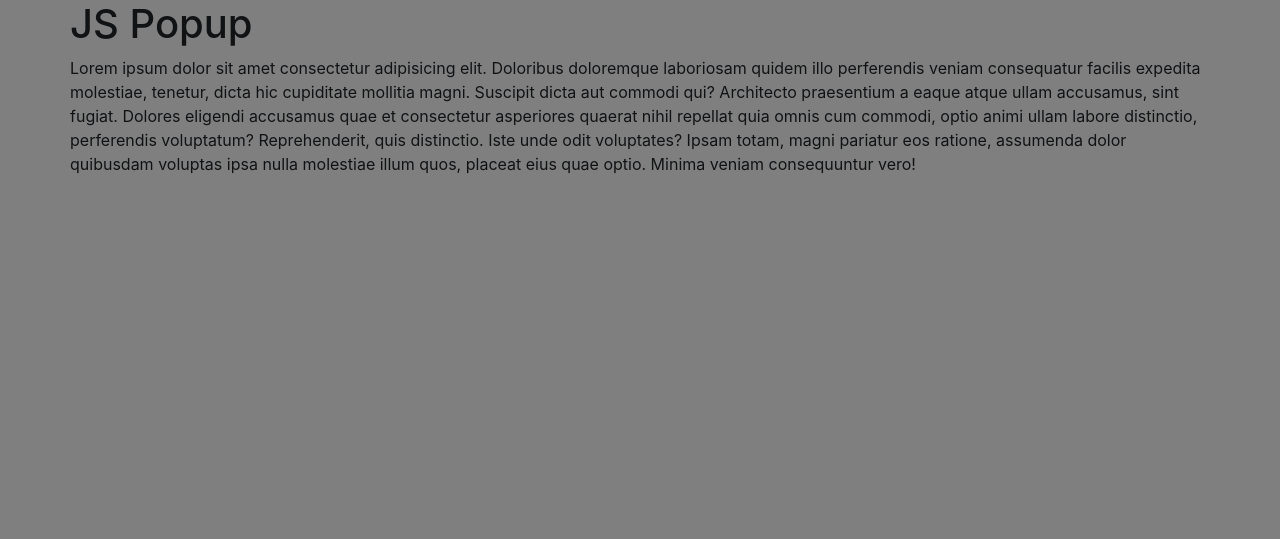
Repository: frostnn/popup-js
Page: index.html
These files come from the project's save history. The page is drawn as it stood at one moment and after the next save; the edit follows.
The browser window is 1280 px wide. The pictures show the whole page.

Above is the page before, as saved 2021-01-17 22:45:46.

After the next save:
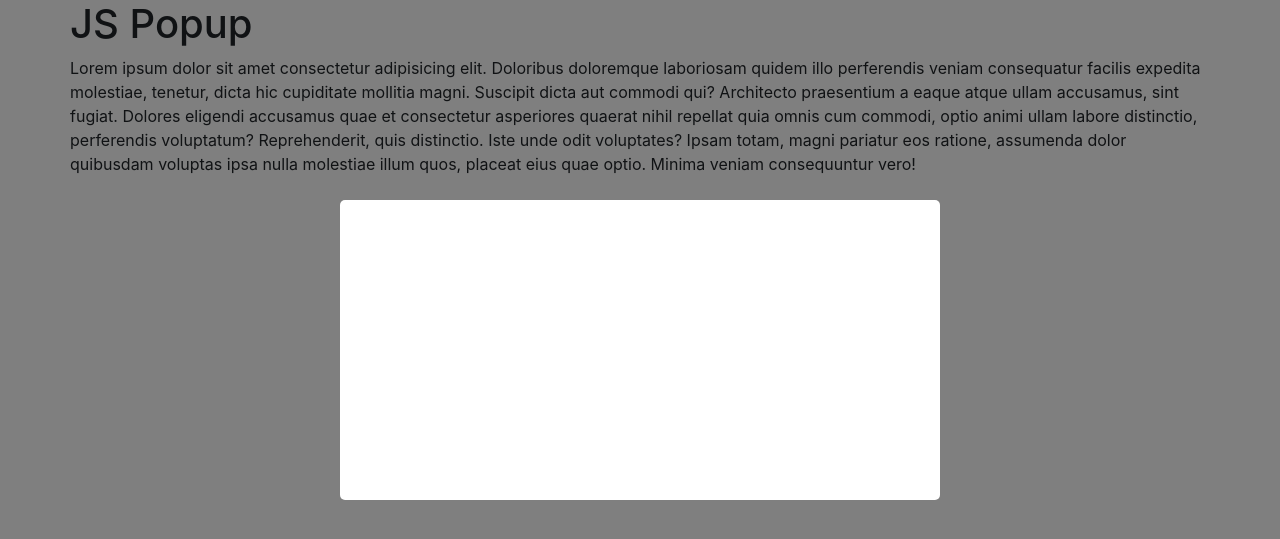
Saved 85 s later.
--- a/css/modal.css
+++ b/css/modal.css
@@ -6,3 +6,13 @@
   bottom: 0;
   background: rgb(0, 0, 0, 0.5);
 }
+
+.modal-window {
+  width: 600px;
+  height: 300px;
+  border-radius: 5px;
+  background: #fff;
+  margin: 200px auto;
+
+
+}

After the save that followed:
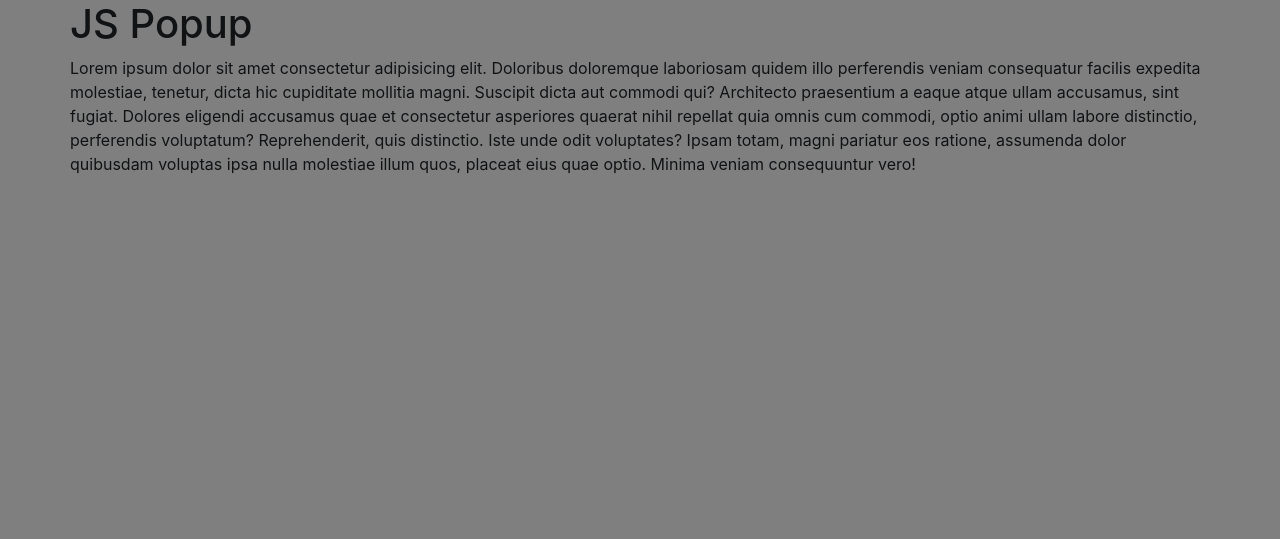
Saved 70 s later.
--- a/css/modal.css
+++ b/css/modal.css
@@ -7,7 +7,7 @@
   background: rgb(0, 0, 0, 0.5);
 }
 
-.modal-window {
+.modale-window {
   width: 600px;
   height: 300px;
   border-radius: 5px;
